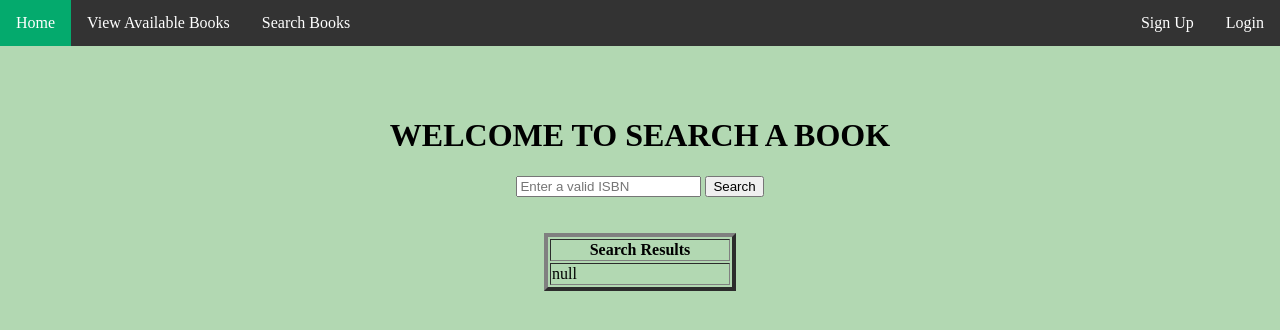
Repository: sach7691/original-book-store
Page: http://localhost/online-book-store-application/search_book.jsp
An editor plug-in stored every save of this project. The page is shown before and after the next save, followed by the edit.
The browser window is 1280 px wide. The pictures show the whole page.
The page is served by Tomcat 9. Other server files are loaded and not shown.

Above is the page before, as saved 2022-08-18 17:46:14.

### online-book-store-application/src/main/webapp/search_book.jsp
<%@ page language="java" contentType="text/html; charset=ISO-8859-1"
    pageEncoding="ISO-8859-1"%>
<%@ taglib uri="http://java.sun.com/jsp/jstl/core" prefix="c" %>
<%@ page import="java.util.List" %>
<%@page import="com.ab.models.Book" %>
<%@page errorPage="error.jsp" %>
<!DOCTYPE html>
<html>
<head>
<meta charset="ISO-8859-1">
<meta name="viewport" content="width=device-width, initial-scale=1.0">
<title>view books</title>
<style>
body {margin: 0;
 background: rgba(0, 128, 0, 0.3);}

 h1{
 text-align: center;
  padding-top: 50px;

 }
 letter {
   color: #ea503f;
   font-family: Arial;
 }

ul.topnav {
  list-style-type: none;
  margin: 0;
  padding: 0;
  overflow: hidden;
  background-color: #333;
}

ul.topnav li {float: left;}

ul.topnav li a {
  display: block;
  color: white;
  text-align: center;
  padding: 14px 16px;
  text-decoration: none;
}

ul.topnav li a:hover:not(.active) {background-color: #111;}

ul.topnav li a.active {background-color: #04AA6D;}

ul.topnav li.right {float: right;}

@media screen and (max-width: 600px) {
  ul.topnav li.right,
  ul.topnav li {float: none;}
}
</style>
</head>
</head>
<body>
<div>
<ul class="topnav">
  <li><a class="active" href="welcome.jsp">Home</a></li>
  <li><a href="view_books.jsp">View Available Books</a></li>
  <li><a href="search_book.jsp">Search Books</a></li>
  <li class="right"><a href="login.jsp">Login</a></li>
  <li class="right"><a href="index.jsp">Sign Up</a></li>

</ul>
</div>

<div class="letter"><h1>WELCOME TO SEARCH A BOOK</h1> </div>
 <center>
 <form action="http://localhost:8080/online-book-store-application/SerachBookServlet"  method="POST">
 <input type="text" name="search" placeholder="Enter a valid ISBN">
 <input type="submit"  value="Search"></center>
<center>
<br>
<%
Book title =(Book)session.getAttribute("searchBook");

%>
<br>
<table border="4" style="width:15%">
  <tr>
    <th>Search Results</th>
  </tr>
       <td><%= title %></td>

  </tr>
</table>
</center>
</form>

</body>
</html>

After the next save:
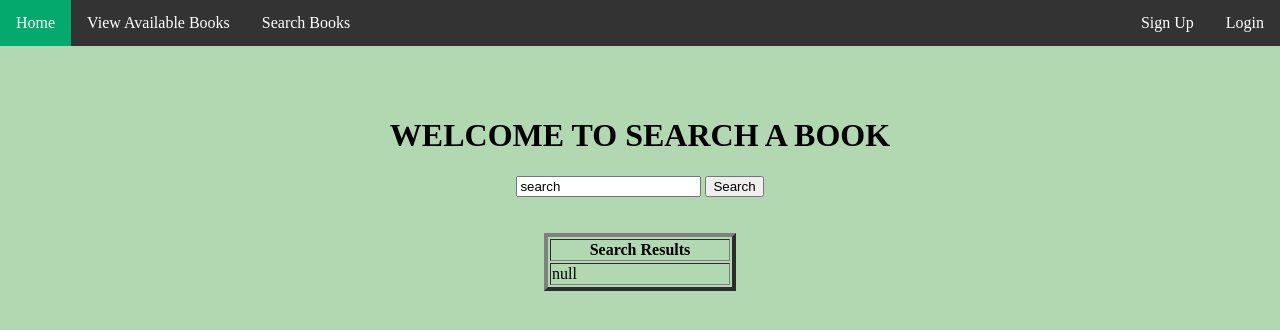
Saved 2 min 3 s later.
--- a/online-book-store-application/src/main/webapp/search_book.jsp
+++ b/online-book-store-application/src/main/webapp/search_book.jsp
@@ -70,7 +70,7 @@
 <div class="letter"><h1>WELCOME TO SEARCH A BOOK</h1> </div>
  <center>
  <form action="http://localhost:8080/online-book-store-application/SerachBookServlet"  method="POST">
- <input type="text" name="search" placeholder="Enter a valid ISBN">
+ <input type="text" value ="search" name="search" placeholder="Enter a valid ISBN">
  <input type="submit"  value="Search"></center>
 <center>
 <br>

After the save that followed:
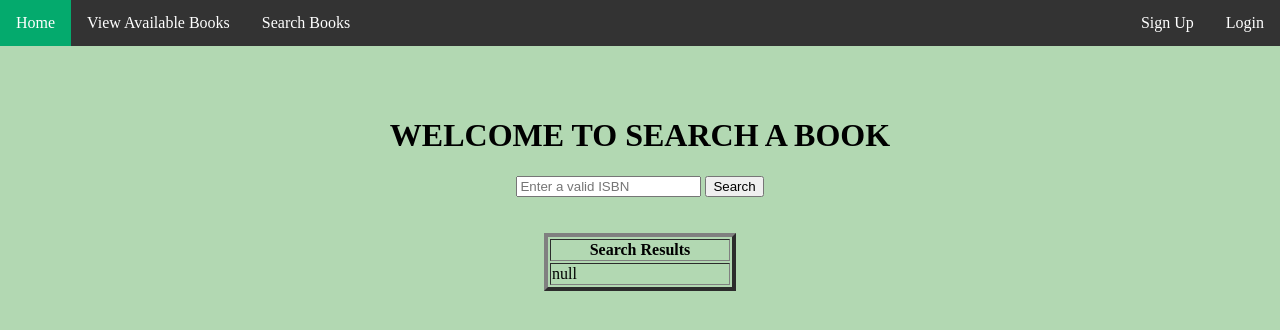
Saved 100 s later.
--- a/online-book-store-application/src/main/webapp/search_book.jsp
+++ b/online-book-store-application/src/main/webapp/search_book.jsp
@@ -70,7 +70,7 @@
 <div class="letter"><h1>WELCOME TO SEARCH A BOOK</h1> </div>
  <center>
  <form action="http://localhost:8080/online-book-store-application/SerachBookServlet"  method="POST">
- <input type="text" value ="search" name="search" placeholder="Enter a valid ISBN">
+ <input type="text" id ="search" name="search" placeholder="Enter a valid ISBN">
  <input type="submit"  value="Search"></center>
 <center>
 <br>
